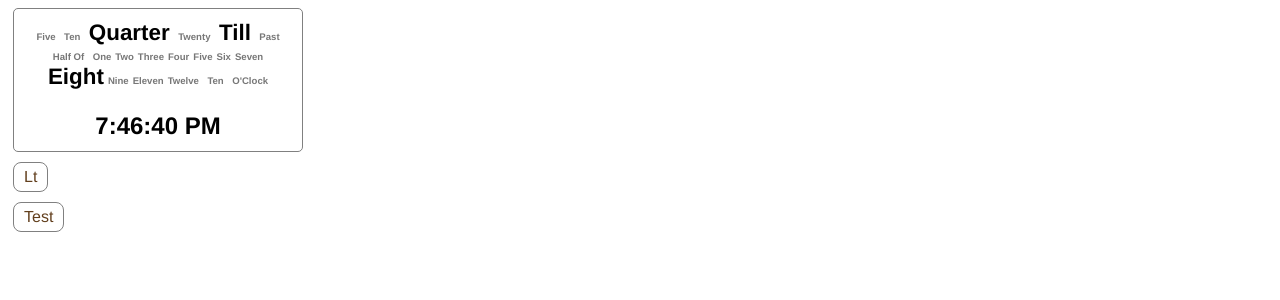
Repository: Skaidrius/WordClock
Page: index.html
The author's editor kept a record of every edit. The page is drawn from the files as they stood at one moment, then again after the next edit.
The browser window is 1280 px wide. The pictures show the whole page.
Some web libraries are served in a nearby version.

Above is the page before.

After the next edit:
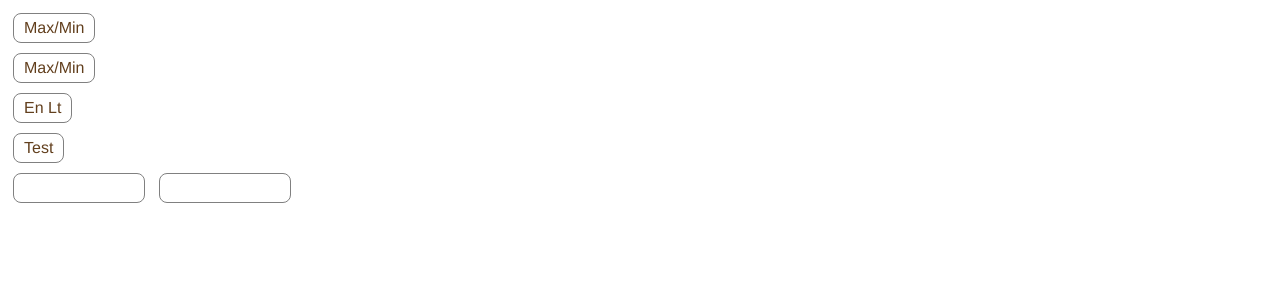
Console error: SyntaxError: Unexpected token ')'
The edit:
--- a/app.js
+++ b/app.js
@@ -124,7 +124,7 @@
 // tests
 app.controller('TestController', function($scope, $interval) {  //clone for testing
 
-    $scope.init = $interval(function(){
+    $scope.init = function(){
 
         $scope.hoursPastHalf= [ {value:   1,     name: "Pirma" },
                         {value:   2,     name: "Dvi"        },

After the edit that followed:
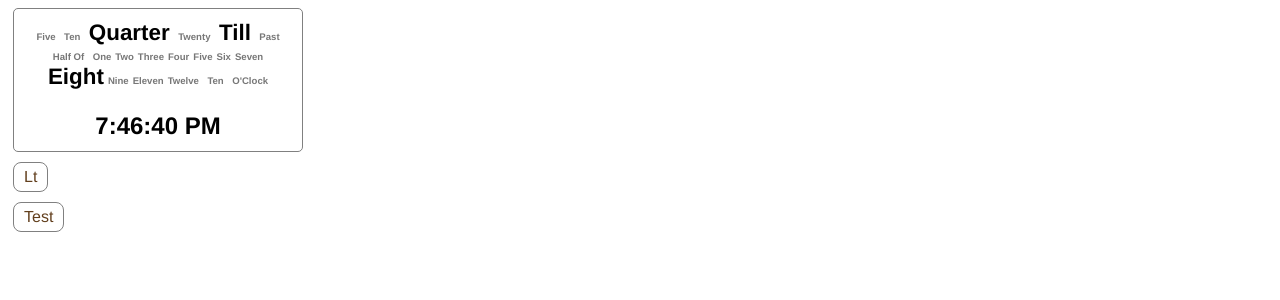
The error is gone.
The edit:
--- a/app.js
+++ b/app.js
@@ -172,7 +172,7 @@
         $scope.showClassName = 'active';
         $scope.hiddenClassName = 'passive';
 
-},100 );
+    };
 
 });
 
